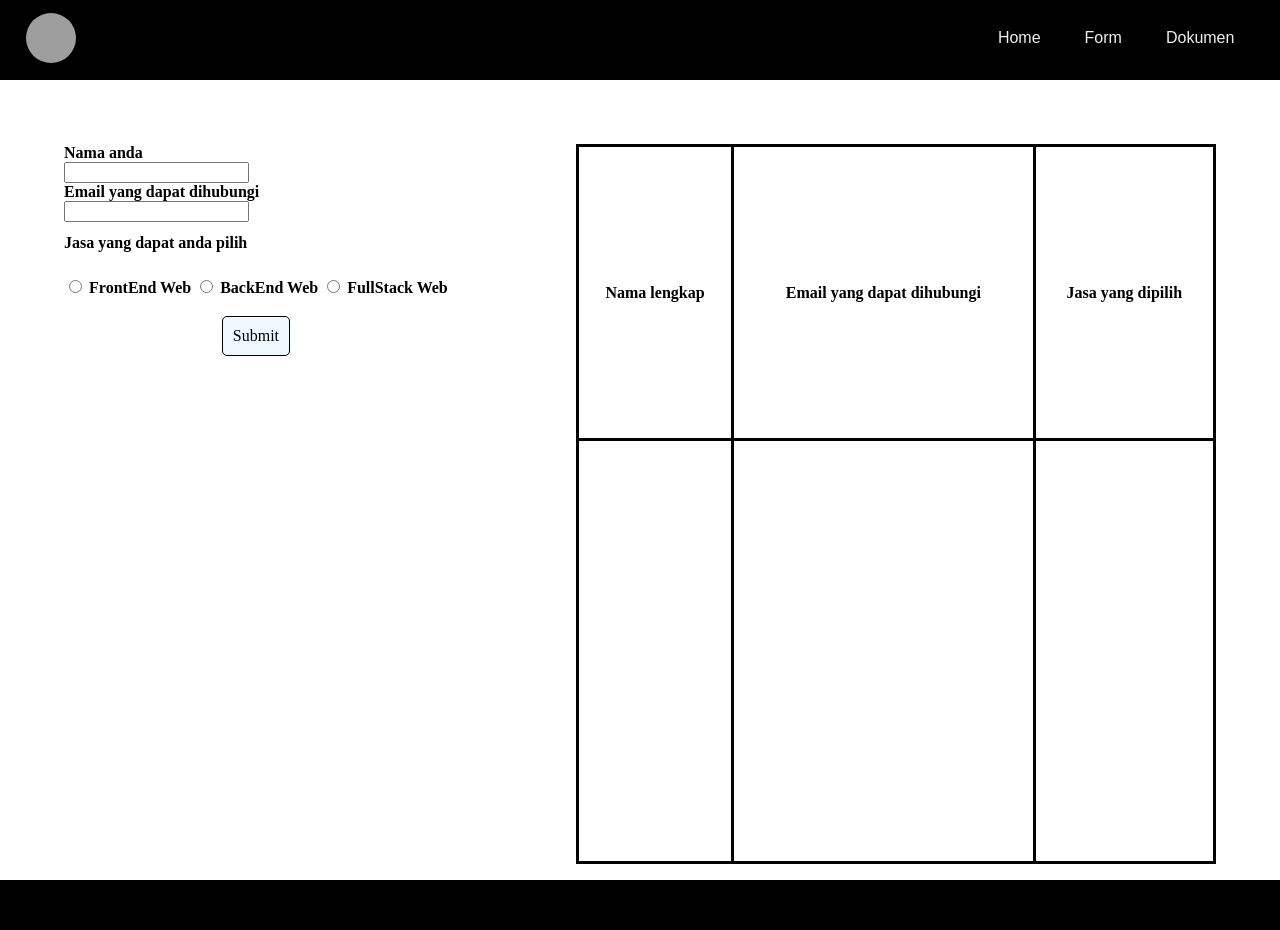
Repository: zecht12/TimModul
Page: TimModul.html
An editor plug-in stored every save of this project. The page is shown before and after a run of saves, followed by the edit.
The browser window is 1280 px wide. The pictures show the whole page.
Pictures or frames that could not be fetched are drawn as grey boxes.

Above is the page before, as saved 2023-03-14 13:52:35.

After the next 5 saves:
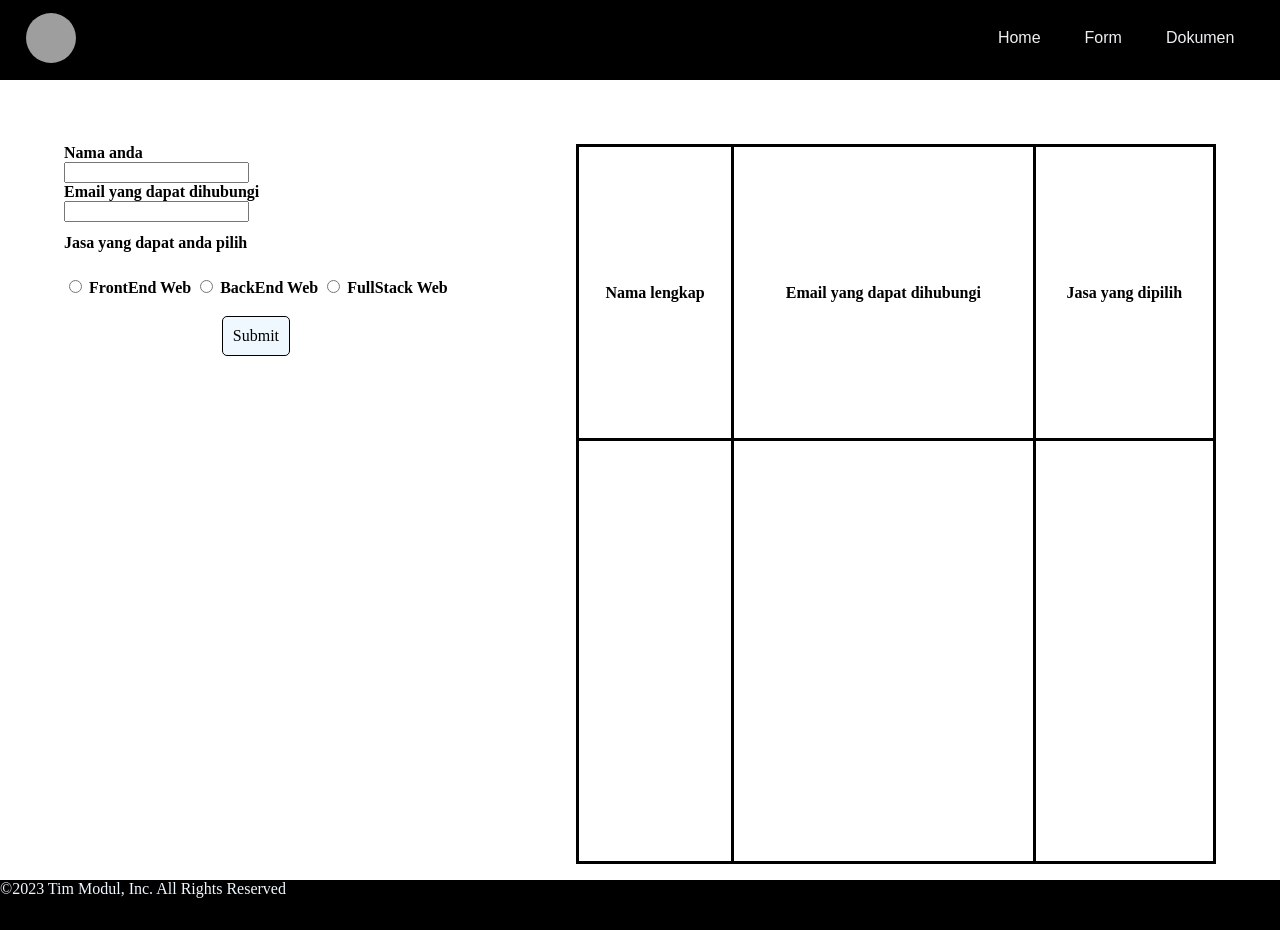
The 5 saves are shown as one change because they came seconds apart.
The last was saved 10 s later.
--- a/TimModul.html
+++ b/TimModul.html
@@ -56,7 +56,7 @@
         </table>
     </div>
     <div style="height: 50px; width: 100%; background-color: black; justify-content: center; align-items: center;">
-        <p style="">&copy;2023 Tim Modul, Inc. All Rights Reserved</p>
+        <p style="color: aliceblue;">&copy;2023 Tim Modul, Inc. All Rights Reserved</p>
     </div>
 </body>
 </html>
